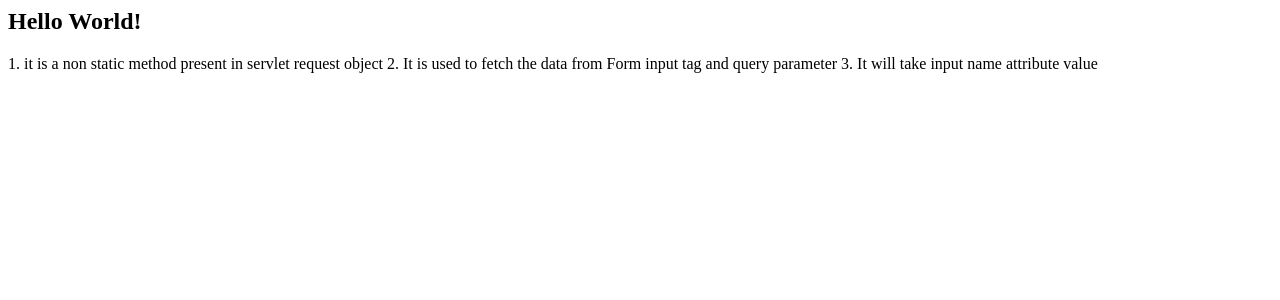
Repository: RishabhUmredkar/Adv-Java
Page: http://localhost/Form/index.jsp
An editor plug-in stored every save of this project. The page is shown before and after the next save, followed by the edit.
The browser window is 1280 px wide. The pictures show the whole page.
The page is served by Tomcat 9.

Above is the page before, as saved 2024-12-31 12:42:49.

After the next save:
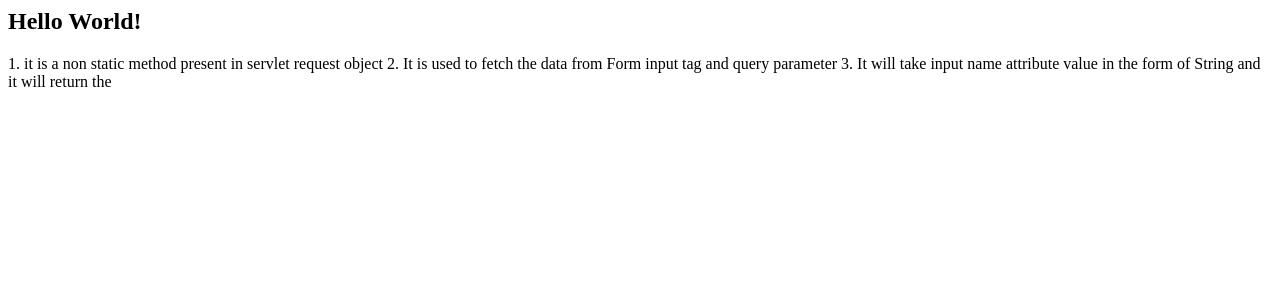
Saved 17 s later.
--- a/Form/src/main/webapp/index.jsp
+++ b/Form/src/main/webapp/index.jsp
@@ -5,4 +5,4 @@
 </html>
 1.	it is a non static method present in servlet request object
 2.	It is used to fetch the data from Form input tag and query parameter
-3. 	It will take input name attribute value
+3. 	It will take input name attribute value in the form of String and it will return the
